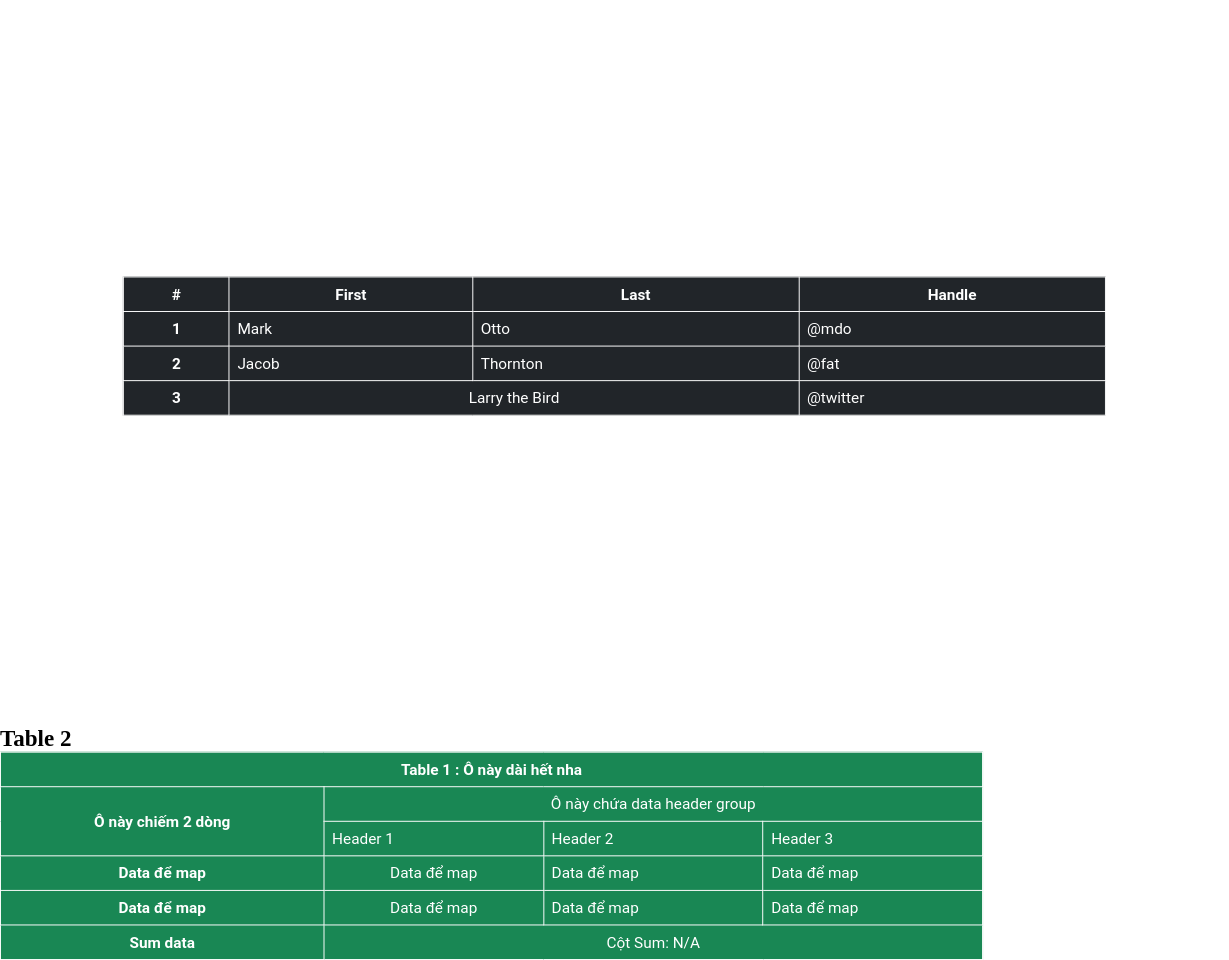
Repository: ThuatDev/BTVN_FE_JUNE
Page: index.html
The author's editor kept a copy of each file at every save. The page is drawn from the files as they stood at one save, then again after the next save.
The browser window is 1280 px wide. The pictures show the whole page, at 96% of full size.

Above is the page before, as saved 2023-08-02 15:31:23.

### index.html
<!DOCTYPE html>
<html lang="en">
  <head>
    <meta charset="UTF-8" />
    <meta name="viewport" content="width=device-width, initial-scale=1.0" />
    <!-- <link
      href="https://cdn.jsdelivr.net/npm/bootstrap@5.0.2/dist/css/bootstrap.min.css"
      rel="stylesheet"
    /> -->
    <title>Document</title>
    <style>
      /* Reset CSS cho tất cả các phần tử */
      * {
        margin: 0;
        padding: 0;
        box-sizing: border-box;
      }

      /* Đặt màu nền và màu chữ cho bảng */
      .bg-dark {
        background-color: #212529;
      }
      .text-white {
        color: #fff;
      }

      /* Đặt font và kích thước chữ cho bảng */
      .table {
        font-family: "Roboto", sans-serif;
        font-size: 16px;
        font-weight: normal;
      }

      /* Áp dụng font-weight "bold" cho các thẻ <th> */
      .table th {
        font-weight: bold;
      }

      /* Đặt border cho bảng */
      .table {
        border-collapse: collapse;
      }

      /* Đặt border và padding cho thẻ <th> và <td> */
      .table th,
      .table td {
        border: 1px solid #fff;
        padding: 8px;
      }

      /* Đặt padding cho thẻ <th> trong thead */
      .table thead th {
        padding: 8px;
      }

      /* Bao bọc bảng trong một container để sử dụng flexbox */
      .table-container {
        display: flex;
        justify-content: center; /* Căn giữa bảng trong màn hình */
      }

      /* Áp dụng chiều rộng 80% cho bảng */
      .table {
        width: 80%;
      }
      /* css bang 2  */

      .bg-success {
        background-color: #198754;
      }
      .text-white {
        color: #fff;
      }

      /* Đặt font và kích thước chữ cho bảng */
      .table {
        font-family: "Roboto", sans-serif;
        font-size: 16px;
        font-weight: normal;
      }

      /* Áp dụng font-weight "bold" cho các thẻ <th> */
      .table th {
        font-weight: bold;
      }

      /* Đặt border cho bảng */
      .table {
        border-collapse: collapse;
      }

      /* Đặt border và padding cho thẻ <th> và <td> */
      .table th,
      .table td {
        border: 1px solid #fff;
        padding: 8px;
      }

      /* Đặt padding cho thẻ <th> có rowspan và colspan */
      .table th[colspan],
      .table th[rowspan],
      .table td[colspan],
      .table td[rowspan] {
        padding: 8px;
        text-align: center; /* Căn giữa văn bản trong ô có colspan */
      }

      /* Đặt padding cho thẻ <td> có colspan */
      .table td[colspan] {
        padding: 8px;
        text-align: center; /* Căn giữa văn bản trong ô có colspan */
      }

      /* Đặt padding cho thẻ <th> trong thead */
      .table thead th {
        padding: 8px;
        text-align: center; /* Căn giữa văn bản trong ô có colspan */
      }

      /* Bao bọc bảng trong một container để sử dụng flexbox */
      .table-container {
        display: flex;
        justify-content: center; /* Căn giữa bảng theo chiều ngang */
        align-items: center; /* Căn giữa bảng theo chiều dọc */
        height: 100vh; /* Chiều cao bằng 100% chiều cao của màn hình */
      }

      /* Áp dụng chiều rộng 80% cho bảng */
      .table {
        width: 80%;
      }
    </style>
  </head>
  <body>
    <div class="table-container">
      <table class="table text-white table-bordered bg-dark">
        <thead>
          <tr>
            <th scope="col">#</th>
            <th scope="col">First</th>
            <th scope="col">Last</th>
            <th scope="col">Handle</th>
          </tr>
        </thead>
        <tbody>
          <tr>
            <th scope="row">1</th>
            <td>Mark</td>
            <td>Otto</td>
            <td>@mdo</td>
          </tr>
          <tr>
            <th scope="row">2</th>
            <td>Jacob</td>
            <td>Thornton</td>
            <td>@fat</td>
          </tr>
          <tr>
            <th scope="row">3</th>
            <td colspan="2">Larry the Bird</td>
            <td>@twitter</td>
          </tr>
        </tbody>
      </table>
    </div>
    <br />
    <br />
    <h2>Table 2</h2>
    <div class="table-container-2">
      <table class="table text-white table-bordered bg-success">
        <thead>
          <tr>
            <th scope="col" colspan="12" class="text-center">
              Table 1 : Ô này dài hết nha
            </th>
          </tr>
        </thead>
        <tbody>
          <tr>
            <th scope="row" rowspan="2">Ô này chiếm 2 dòng</th>
            <td colspan="3" class="text-center">
              Ô này chứa data header group
            </td>
          </tr>
          <tr>
            <td>Header 1</td>
            <td>Header 2</td>
            <td>Header 3</td>
          </tr>
          <tr>
            <th scope="row">Data để map</th>
            <td colspan="1">Data để map</td>
            <td>Data để map</td>
            <td>Data để map</td>
          </tr>
          <tr>
            <th scope="row">Data để map</th>
            <td colspan="1">Data để map</td>
            <td>Data để map</td>
            <td>Data để map</td>
          </tr>
          <tr>
            <th scope="row">Sum data</th>
            <td colspan="12" class="text-center">Cột Sum: N/A</td>
          </tr>
        </tbody>
      </table>
    </div>
  </body>
</html>

After the next save:
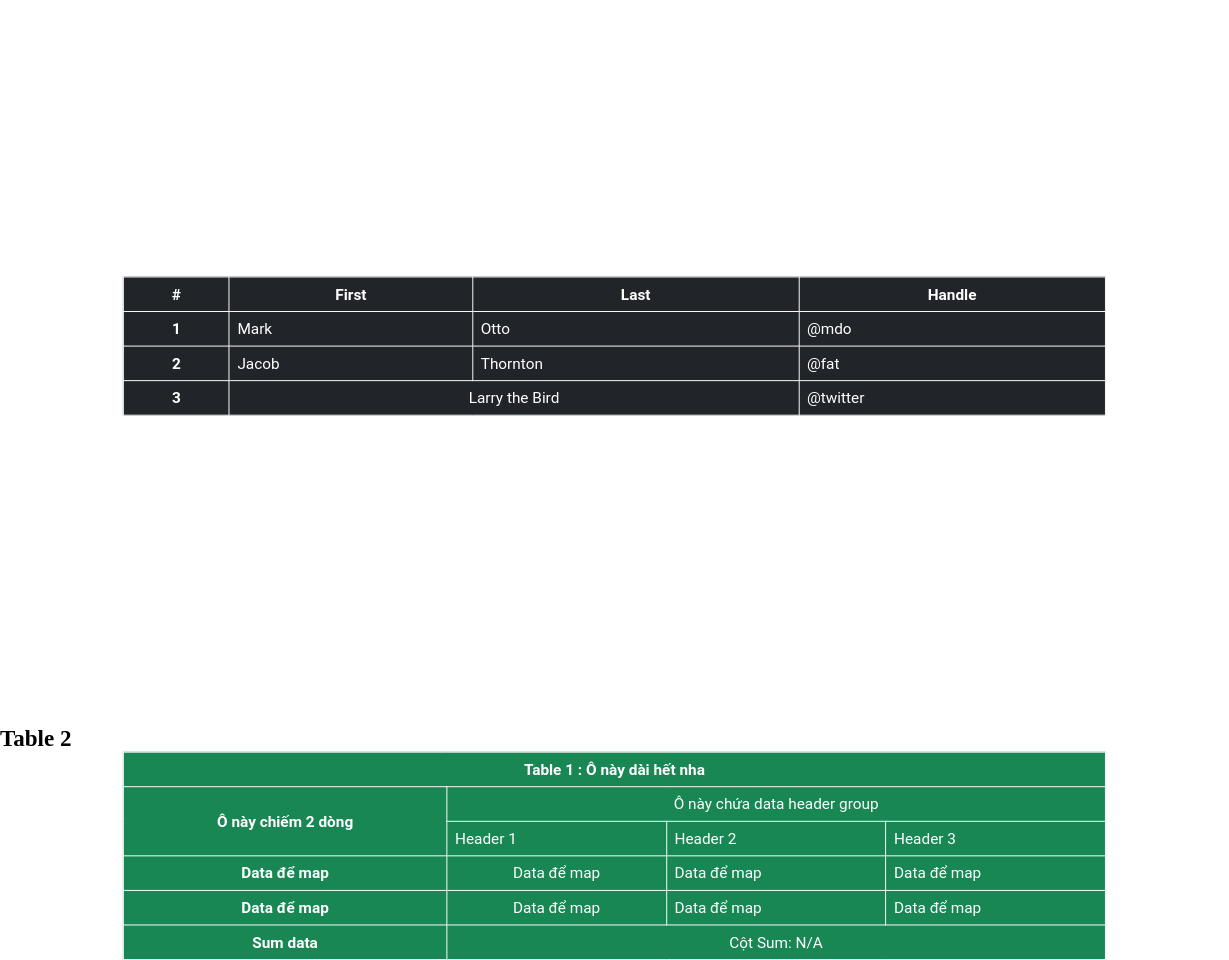
Saved 8 s later.
--- a/index.html
+++ b/index.html
@@ -54,7 +54,7 @@
       }
 
       /* Bao bọc bảng trong một container để sử dụng flexbox */
-      .table-container {
+      .table-container-2 {
         display: flex;
         justify-content: center; /* Căn giữa bảng trong màn hình */
       }

After the save that followed:
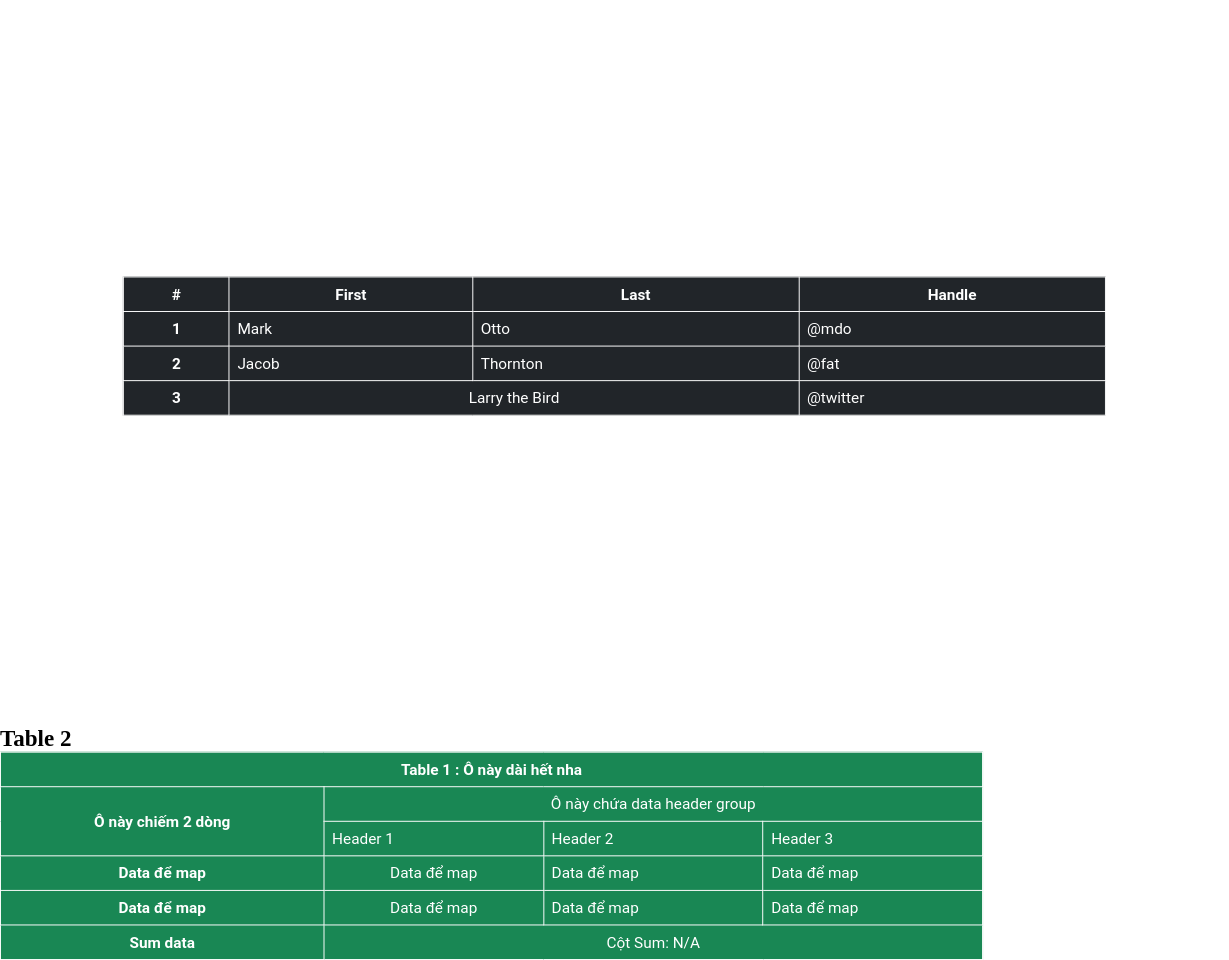
Saved 45 s later.
--- a/index.html
+++ b/index.html
@@ -54,7 +54,7 @@
       }
 
       /* Bao bọc bảng trong một container để sử dụng flexbox */
-      .table-container-2 {
+      .table-container {
         display: flex;
         justify-content: center; /* Căn giữa bảng trong màn hình */
       }
@@ -166,45 +166,41 @@
     <br />
     <br />
     <h2>Table 2</h2>
-    <div class="table-container-2">
-      <table class="table text-white table-bordered bg-success">
-        <thead>
-          <tr>
-            <th scope="col" colspan="12" class="text-center">
-              Table 1 : Ô này dài hết nha
-            </th>
-          </tr>
-        </thead>
-        <tbody>
-          <tr>
-            <th scope="row" rowspan="2">Ô này chiếm 2 dòng</th>
-            <td colspan="3" class="text-center">
-              Ô này chứa data header group
-            </td>
-          </tr>
-          <tr>
-            <td>Header 1</td>
-            <td>Header 2</td>
-            <td>Header 3</td>
-          </tr>
-          <tr>
-            <th scope="row">Data để map</th>
-            <td colspan="1">Data để map</td>
-            <td>Data để map</td>
-            <td>Data để map</td>
-          </tr>
-          <tr>
-            <th scope="row">Data để map</th>
-            <td colspan="1">Data để map</td>
-            <td>Data để map</td>
-            <td>Data để map</td>
-          </tr>
-          <tr>
-            <th scope="row">Sum data</th>
-            <td colspan="12" class="text-center">Cột Sum: N/A</td>
-          </tr>
-        </tbody>
-      </table>
-    </div>
+    <table class="table text-white table-bordered bg-success">
+      <thead>
+        <tr>
+          <th scope="col" colspan="12" class="text-center">
+            Table 1 : Ô này dài hết nha
+          </th>
+        </tr>
+      </thead>
+      <tbody>
+        <tr>
+          <th scope="row" rowspan="2">Ô này chiếm 2 dòng</th>
+          <td colspan="3" class="text-center">Ô này chứa data header group</td>
+        </tr>
+        <tr>
+          <td>Header 1</td>
+          <td>Header 2</td>
+          <td>Header 3</td>
+        </tr>
+        <tr>
+          <th scope="row">Data để map</th>
+          <td colspan="1">Data để map</td>
+          <td>Data để map</td>
+          <td>Data để map</td>
+        </tr>
+        <tr>
+          <th scope="row">Data để map</th>
+          <td colspan="1">Data để map</td>
+          <td>Data để map</td>
+          <td>Data để map</td>
+        </tr>
+        <tr>
+          <th scope="row">Sum data</th>
+          <td colspan="12" class="text-center">Cột Sum: N/A</td>
+        </tr>
+      </tbody>
+    </table>
   </body>
 </html>
